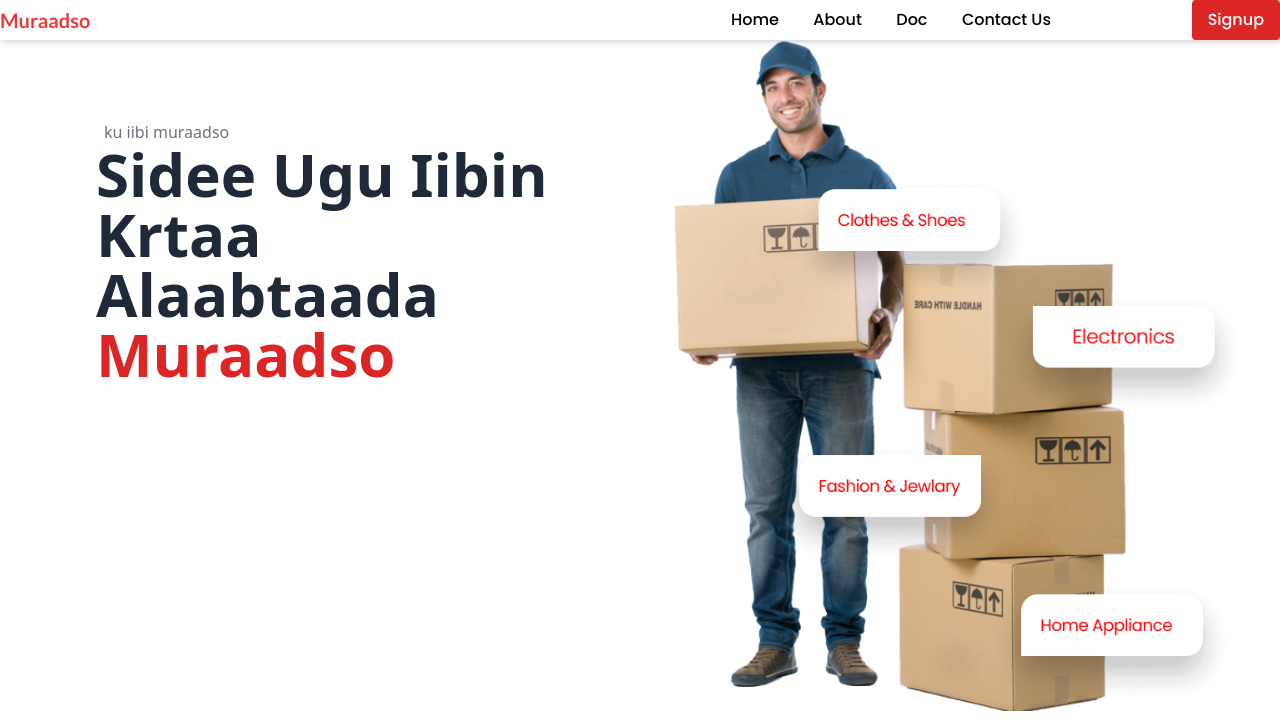
Repository: muraadso/Muraadso-Sellers
Page: /
The author's editor kept a copy of each file at every save. The page is drawn from the files as they stood at one save, then again after the next save.
The browser window is 1280 px wide. The pictures show the whole page.
The project was rebuilt for these pictures with package versions that can differ from the ones it lists, and the page was loaded fresh each time. The framework's server and built-in components were replaced by stand-ins that run in the browser. Also part of the build but not shown: next.config.js, components/About.jsx.

Above is the page before, as saved 2021-12-05 18:25:14.

After the next save:
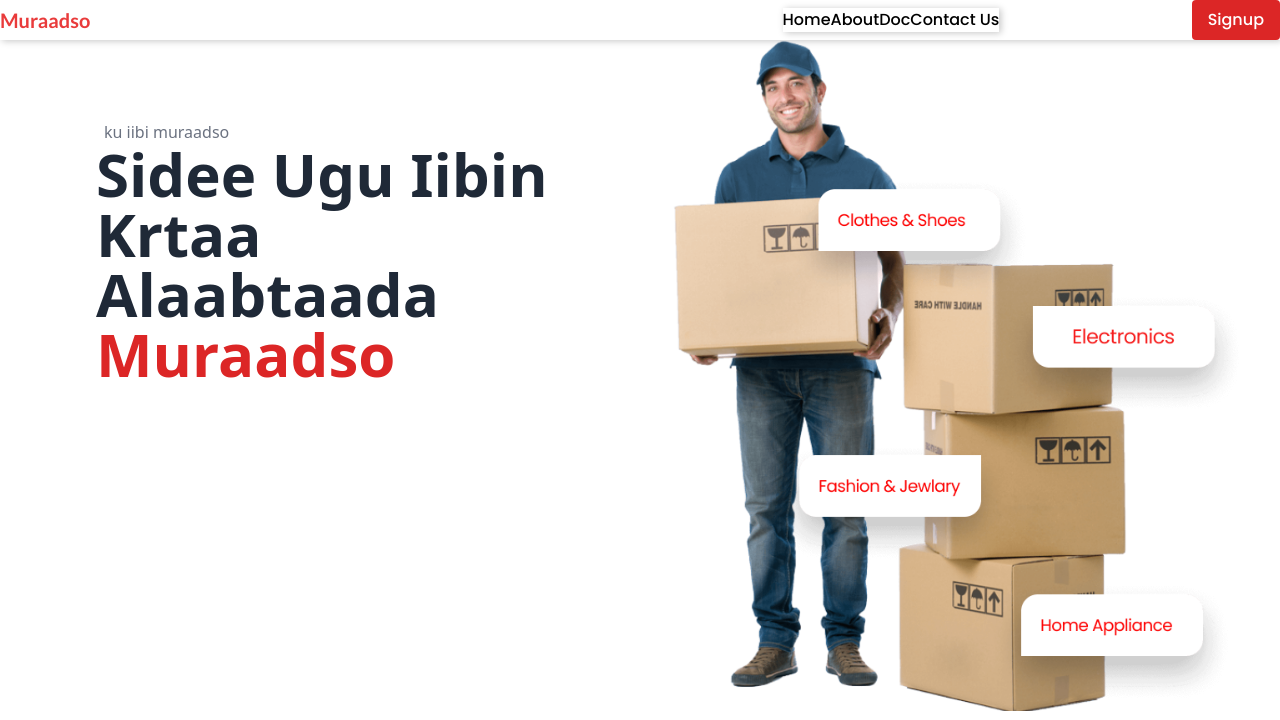
Saved 33 s later.
--- a/components/Navbar.jsx
+++ b/components/Navbar.jsx
@@ -4,7 +4,7 @@ const Navbar = () => {
         <div>
      <div className="sticky top-0 z-20 items-center justify-between bg-white md:flex navbar">
          <a className="logo" href="#">Muraadso</a>
-         <nav className="flex items-center justify-between w-1/4 nav">
+         <nav className="sticky top-0 z-20 items-center justify-between bg-white md:flex navbar nav">
              <a className="hover:text-red-600" href="">Home</a>
              <a className="hover:text-red-600" href="">About</a>
              <a className="hover:text-red-600" href="">Doc</a>
